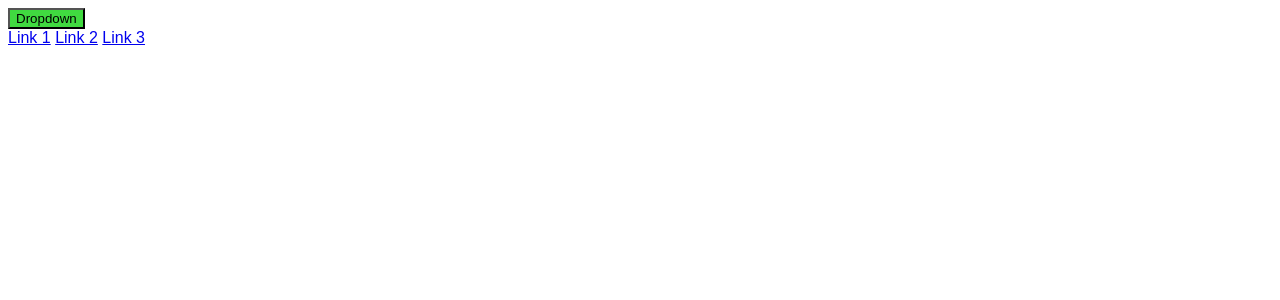
Repository: nvngon2604/Git
Page: web/index.html
The author's editor kept a copy of each file at every save. The page is drawn from the files as they stood at one save, then again after the next save.
The browser window is 1280 px wide. The pictures show the whole page.

Above is the page before, as saved 2020-05-10 17:27:16.

### web/index.html
<!DOCTYPE html>
<html lang="en">
<head>
    <meta charset="UTF-8">
    <meta name="viewport" content="width=device-width, initial-scale=1.0">
    <title>Document</title>
    <style>
        * {
            font-family: sans-serif;
        }
        .dropdown {
            position: relative;
        }
        .dropbtn {
            background-color: rgb(64, 218, 64);
        }
    </style>
</head>
<body>
    <div class="dropdown">
        <div>
            <button type="button" class="dropbtn">Dropdown</button>
        </div>
        <div class="dropdown-content">
            <a href="#">Link 1</a>
            <a href="#">Link 2</a>
            <a href="#">Link 3</a>
        </div>
    </div>
</body>
</html>

After the next save:
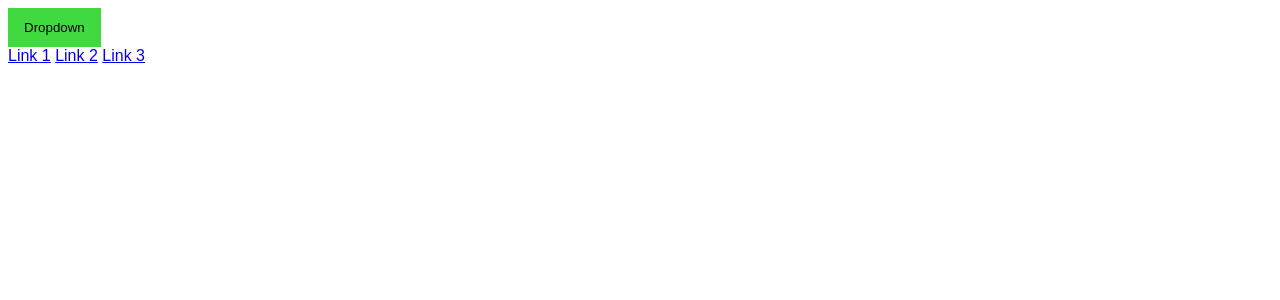
Saved 12 s later.
--- a/web/index.html
+++ b/web/index.html
@@ -13,6 +13,8 @@
         }
         .dropbtn {
             background-color: rgb(64, 218, 64);
+            border: none;
+            padding: 12px 16px;
         }
     </style>
 </head>
